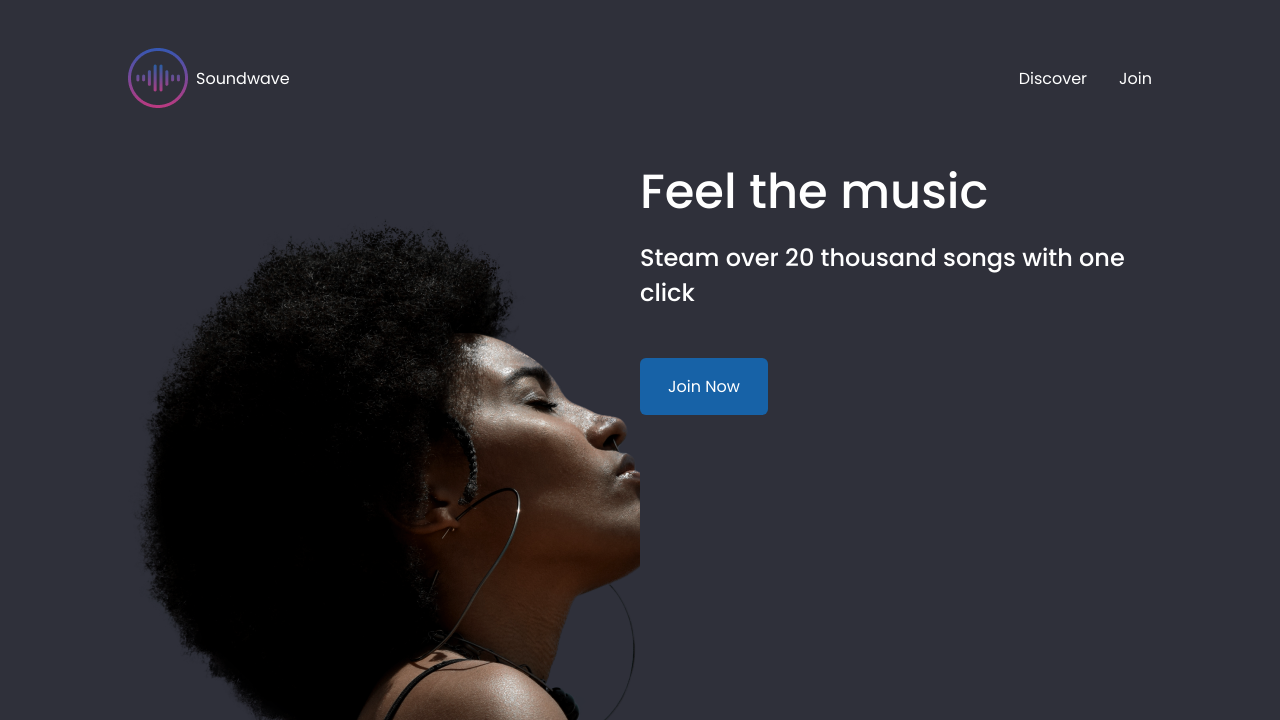
Repository: Hiiiij/soundwave
Page: pages/index.html
An editor plug-in stored every save of this project. The page is shown before and after the next save, followed by the edit.
The browser window is 1280 px wide. The pictures show the whole page.

Above is the page before, as saved 2020-06-30 13:10:48.

### pages/index.html
<!DOCTYPE html>
<html lang="en">
  <head>
    <meta charset="UTF-8" />
    <meta name="viewport" content="width=device-width, initial-scale=1.0" />
    <link rel="stylesheet" href="../style.css">
    <title>Soundwave</title>
  </head>
  <body class="main-container page-content">
    <header class="header">
        <!-- <div class="main-container"> -->
        <a href="/" class="logo">
          <img src="../assets/icons/logo.png" alt="logo-soundwave" />
          <span class="logotype">Soundwave</span>
        </a>
        <nav class="header-nav">
          <ul>
            <li>
              <a href="/pages/discover.html">Discover</a>
            </li>
            <li>
              <a href="/pages/join.html">Join</a>
            </li>
          </ul>
        </nav>
       <!-- </div>  -->
    </header>
    <section class="home-main">
      <div class="img-wrapper">
        <div class="img">
        </div>
      </div>

      <div class="heading">
        <h1 class="title">Feel the music</h1>
        <h2 class="subt">Steam over 20 thousand songs with one click</h2>
        <a href="/pages/join.html" class="button-primary">Join Now</a>
      </div>



    </section>
  </body>
</html>

### style.css
@import url("https://fonts.googleapis.com/css?family=Poppins:400,500,700");

*,
*::before,
*::after {
  box-sizing: border-box;
}

:root {
  /* colors  */
  --main-bg-color: #2f303a;
  --pink-circle: #3d3141;
  --blue-circle: #2f3446;
  --footer-bg: #202027;
  --primary-link-hover: #a07fe8;
  --button-primary: #1762a7;
  --button-hover: #3a90e1;
  --accent-text: #bc3a80;
  --primary-text: #ffffff;
  --link-hover: #ffb515;

  /* typography */
  --h4-font-size: 1rem;
  --h1-font-size: 3rem;
  --h2-font-size: 1.5rem;
  /* --accent-font-size: 1.25rem; */
  --btn-text: 0.75rem;
  --font-bold:500;

  /* breakpoitns */
  --xs-breakpoint: 0px;
  --sm-breakpoint: 600px;
  --md-breakpoint: 960px;
  --lg-breakpoint: 1280px;
  --xl-breakpoint: 1920px;
}

/* general style*/
body {
  padding: 0;
  margin: 0;
  font-family: "Poppins", sans-serif;
  background-color: var(--main-bg-color);
  color: var(--primary-text);
  font-size: var( --h4-font-size);
  min-height:100vh;
}

.page-content{
  display:flex;
  flex-direction:column;
}
.main-container{
  max-width: 80vw;
  max-height:100vh;
  margin:0 auto;
}

.header{
  display:flex;
  justify-content:space-between;
  align-items:center;
  /* height:8rem; */
  padding: 3rem 0;
}

.logo{
  display:flex;
  align-items:center;
  color:inherit;
  font-size: var(--h3-font-size);
  text-decoration:none;
}

.logotype{
  margin-left: .5rem;
}

.header-nav ul{
display: flex;
list-style:none;
margin:0;
padding:0;
}

.header-nav > ul > li:not(:last-child) {
  margin-right: 2rem;
}

.header-nav a {
text-decoration: none;
color: inherit;
}

.header-nav a:hover{
  color: var(--link-hover)
}

/* .heading{
  margin-top:0;
  margin-bottom: 0;
} */

.title{
  font-weight: var(--font-bold);
  font-size: var(--h1-font-size);
  margin-bottom: 0;
  margin-top:0;

}
 .subt{
   font-weight:var(--font-bold);
   font-size: var(--h2-font-size);
   margin-top: .75rem;
   margin-bottom:3rem;

 }
.button-primary {
  border:0;
  padding-top: 1rem;
  padding-bottom: 1rem;
  width: 8rem;
  display: inline-block;
  border-radius: 6px;
  background-color: var(--button-primary);
  text-align: center;
  color: var(--primary-text);
  text-decoration: none;

}

.home-main{
display:flex;
align-items:stretch;
flex-grow:1;
justify-content: space-between;
}

.home-main .img-wrapper{
display:flex;
flex-grow:1;
flex-direction: column;
align-items:stretch;
justify-content:flex-end;

}

.home-main .img{
  background-image: url(./assets/images/landing-page-girl.png);
  background-repeat: no-repeat;
  flex-grow:1;
  max-height: 70vh;
  min-width:40vw;
  /* background-size: 50%;
  background-position: 0 bottom;
  align-items: center; */
  justify-content: flex-end;
  z-index:1;
}

After the next save:
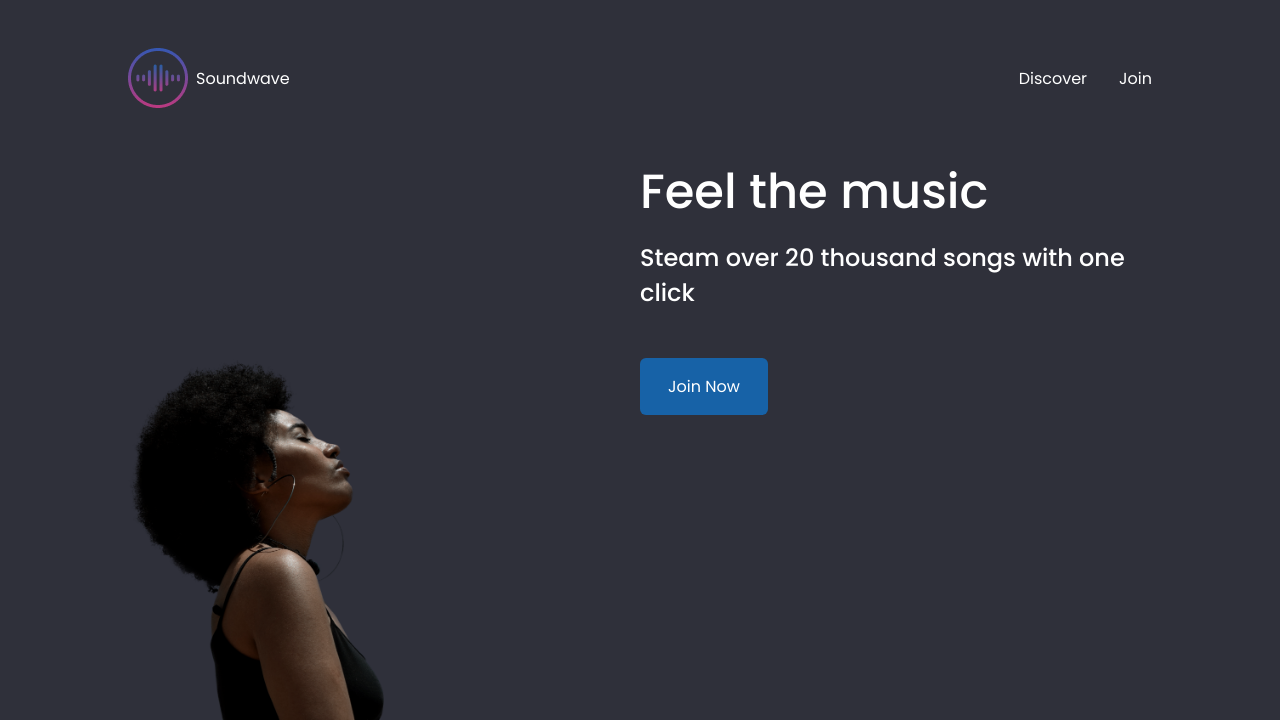
Saved 21 s later.
--- a/style.css
+++ b/style.css
@@ -151,7 +151,7 @@ justify-content:flex-end;
   flex-grow:1;
   max-height: 70vh;
   min-width:40vw;
-  /* background-size: 50%;
+   background-size: 50%;
   background-position: 0 bottom;
   align-items: center; */
   justify-content: flex-end;
